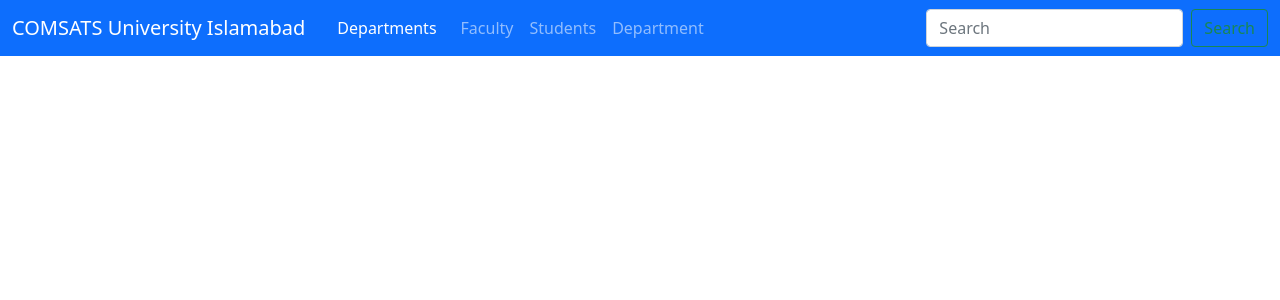
Repository: SaudCh/Web-Mid-Exams
Page: /error
The author's editor kept a copy of each file at every save. The page is drawn from the files as they stood at one save, then again after the next save.
The browser window is 1280 px wide. The pictures show the whole page.
The project was rebuilt for these pictures with package versions that can differ from the ones it lists, and the page was loaded fresh each time.

Above is the page before, as saved 2021-11-22 10:33:53.

After the next save:
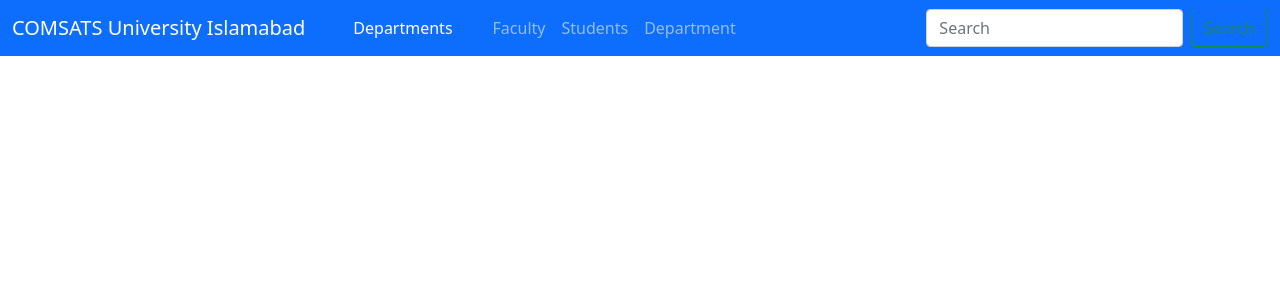
Saved 4 s later.
--- a/src/Shared/Header.jsx
+++ b/src/Shared/Header.jsx
@@ -20,7 +20,7 @@
         </button>
         <div class="collapse navbar-collapse" id="navbarSupportedContent">
           <ul class="navbar-nav me-auto mb-2 mb-lg-0">
-            <li class="nav-item mx-2">
+            <li class="nav-item mx-4">
               <Link to="/" class="nav-link active" aria-current="page" href="#">
                 Departments
               </Link>
